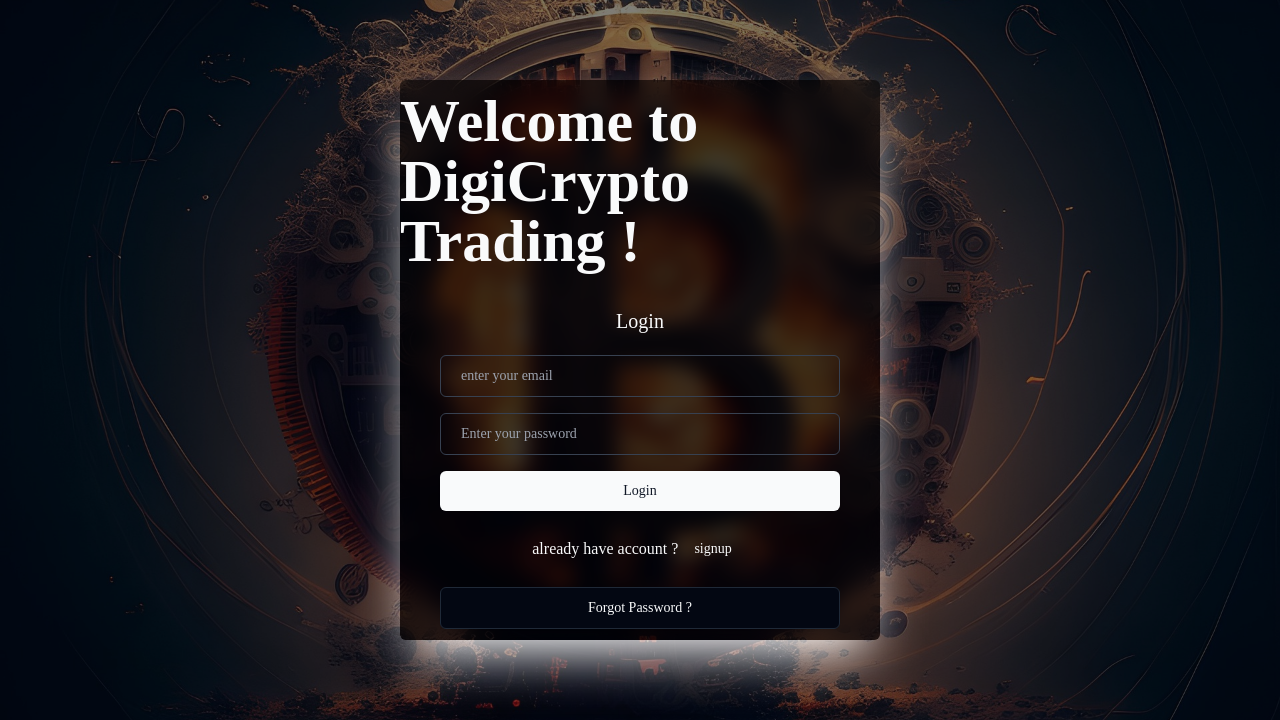
Repository: varijaT/TradingFrontEnd
Page: /
The author's editor kept a copy of each file at every save. The page is drawn from the files as they stood at one save, then again after the next save.
The browser window is 1280 px wide. The pictures show the whole page.
The project was rebuilt for these pictures with package versions that can differ from the ones it lists, and the page was loaded fresh each time. Also part of the build but not shown: vite.config.js, src/components/ui/sheet.jsx, src/components/ui/avatar.jsx, src/pages/Navbar/Navbar.jsx, src/components/ui/scroll-area.jsx, src/components/ui/table.jsx, src/pages/Home/AssetTable.jsx, src/pages/StockDetails/ConvertToChartData.js and 52 more.

Above is the page before, as saved 2025-04-09 21:56:04.

After the next save:
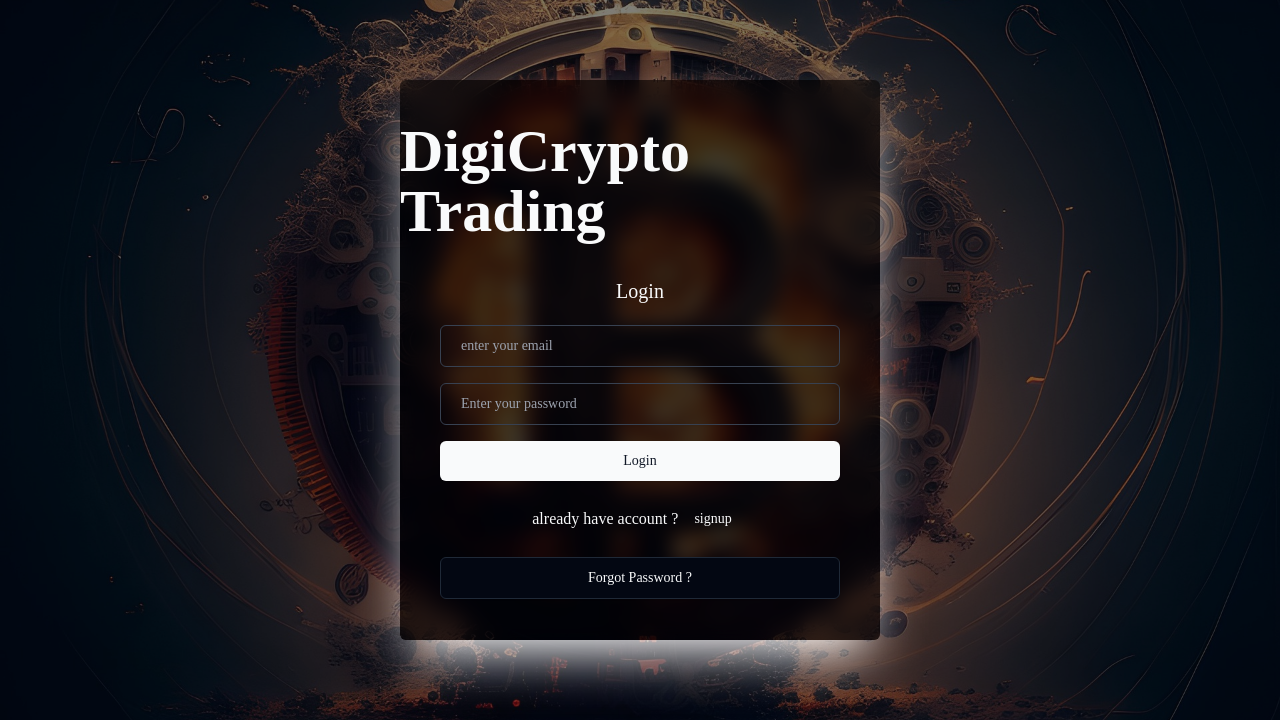
Saved 76 s later.
--- a/src/pages/Auth/Auth.jsx
+++ b/src/pages/Auth/Auth.jsx
@@ -55,7 +55,7 @@ console.log("---------- ",auth.error)
          <CustomeToast show={auth.error} message={auth.error?.error}/>
 
 
-        <h1 className="text-6xl font-bold pb-9">Welcome to DigiCrypto Trading !</h1>
+        <h1 className="text-6xl font-bold pb-9">DigiCrypto Trading</h1>
         {/* <Avatar>
           <AvatarImage src="https://cdn.pixabay.com/photo/2019/04/15/20/42/bitcoin-4130299_1280.png"/>
           <AvatarFallback>BTC</AvatarFallback>
